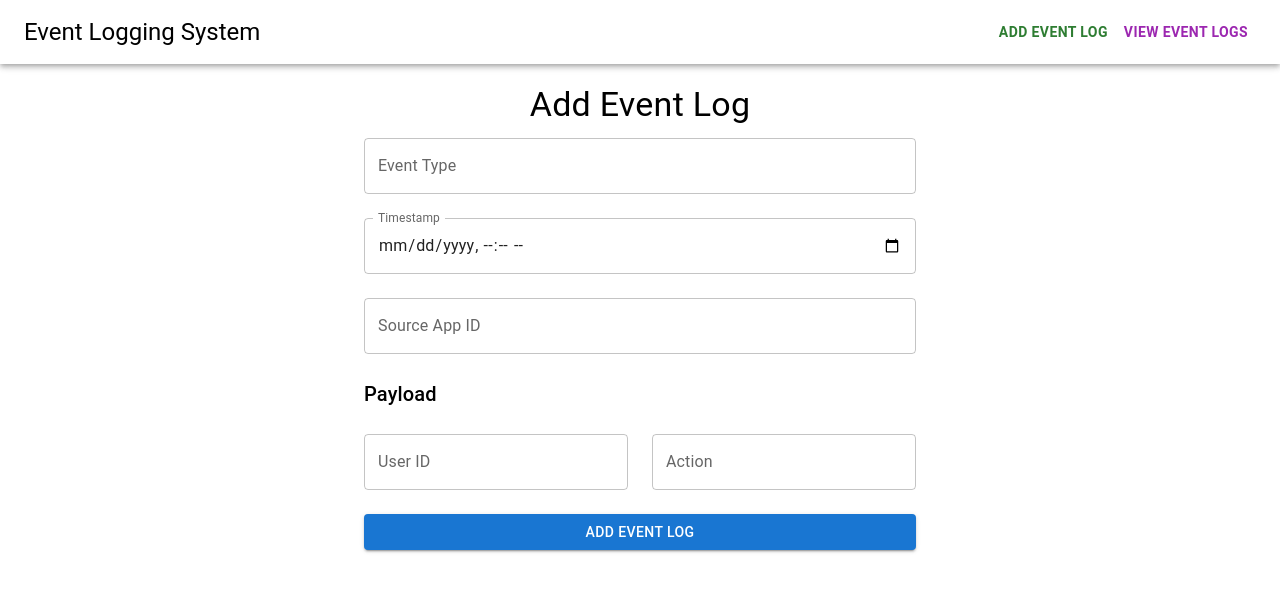
Repository: sayan0fficial/ErrorLogSys
Page: /addlogs (app in frontend/)
An editor plug-in stored every save of this project. The page is shown before and after a run of saves, followed by the edit.
The browser window is 1280 px wide. The pictures show the whole page.
The project was rebuilt for these pictures with package versions that can differ from the ones it lists, and the page was loaded fresh each time. Also part of the build but not shown: frontend/src/components/eventLogList.js.

Above is the page before, as saved 2024-11-24 22:09:20.

### frontend/src/App.js
import React, { useState } from 'react';
import { BrowserRouter as Router, Routes, Route } from 'react-router-dom';
import { AppBar, Toolbar, Button, Container, Typography } from '@mui/material';
import { Link as RouterLink } from 'react-router-dom'; // Use for routing links
import EventLogForm from './components/eventLogForm';
import EventLogList from './components/eventLogList';

const App = () => {
  const [eventLogs, setEventLogs] = useState([]);

  const handleAddEvent = (newEvent) => {
    setEventLogs([newEvent, ...eventLogs]);
  };

  return (
    <Router>
      <div>
        <AppBar position="static" color="transparent">
          <Toolbar>
            <Typography variant="h5" style={{ flexGrow: 1 }}>
              Event Logging System
            </Typography>
            <Button color="success" component={RouterLink} to="/addlogs">
              <b>Add Event Log</b>
            </Button>
            <Button color="secondary" component={RouterLink} to="/viewlogs">
              <b>View Event Logs</b>
            </Button>
          </Toolbar>
        </AppBar>

       {/* main content */}
        <Container style={{ marginTop: '20px' }}>
          <Routes>
            <Route
              path="/addlogs"
              element={<EventLogForm onAdd={(newEvent) => handleAddEvent(newEvent)} />}
            />
            <Route path="/viewlogs" element={<EventLogList eventLogs={eventLogs} />} />
          </Routes>
        </Container>
      </div>
    </Router>
  );
};

export default App;

### frontend/src/components/eventLogForm.js
import React, { useState } from 'react';
import { addEventLog } from '../services/api';
import { TextField, Button, Container, Grid, Typography } from '@mui/material';

const EventLogForm = ({ onAdd }) => {
  const [eventType, setEventType] = useState('');
  const [timestamp, setTimestamp] = useState('');
  const [sourceAppId, setSourceAppId] = useState('');
  const [payload, setPayload] = useState({ userId: '', action: '' });

  const handleSubmit = async (e) => {
    //e.preventDefault();

    const newEventLog = {
      eventType,
      timestamp,
      sourceAppId,
      payload,
    };

    try {
      const addedEvent = await addEventLog(newEventLog);
      onAdd(addedEvent);
      alert('Event log added successfully!');
    } catch (error) {
      alert('Error adding event log');
    }
  };

  return (
    <Container maxWidth="sm">
      <Typography variant="h4" gutterBottom align="center">
        Add Event Log
      </Typography>
      <form onSubmit={handleSubmit}>
        <Grid container spacing={3}>
          <Grid item xs={12}>
            <TextField
              label="Event Type"
              variant="outlined"
              fullWidth
              value={eventType}
              onChange={(e) => setEventType(e.target.value)}
            />
          </Grid>
          <Grid item xs={12}>
            <TextField
              label="Timestamp"
              type="datetime-local"
              variant="outlined"
              fullWidth
              InputLabelProps={{
                shrink: true,
              }}
              value={timestamp}
              onChange={(e) => setTimestamp(e.target.value)}
            />
          </Grid>
          <Grid item xs={12}>
            <TextField
              label="Source App ID"
              variant="outlined"
              fullWidth
              value={sourceAppId}
              onChange={(e) => setSourceAppId(e.target.value)}
            />
          </Grid>
          <Grid item xs={12}>
            <Typography variant="h6">Payload</Typography>
          </Grid>
          <Grid item xs={12} sm={6}>
            <TextField
              label="User ID"
              variant="outlined"
              fullWidth
              value={payload.userId}
              onChange={(e) => setPayload({ ...payload, userId: e.target.value })}
            />
          </Grid>
          <Grid item xs={12} sm={6}>
            <TextField
              label="Action"
              variant="outlined"
              fullWidth
              value={payload.action}
              onChange={(e) => setPayload({ ...payload, action: e.target.value })}
            />
          </Grid>
          <Grid item xs={12}>
            <Button variant="contained" color="primary" fullWidth type="submit">
              Add Event Log
            </Button>
          </Grid>
        </Grid>
      </form>
    </Container>
  );
};

export default EventLogForm;

### frontend/src/services/api.js
import axios from 'axios';

const API_URL = 'http://localhost:80/eventlog';

export const addEventLog = async (eventLogData) => {
  try {
    const response = await axios.post(`${API_URL}/add`, eventLogData);
    return response.data; // Assuming the backend sends the created event log as a response
  } catch (error) {
    console.error('Error adding event log:', error);
    throw error; // This can be caught in the calling component to show an error
  }
};

// API call to fetch event logs
export const getEventLogs = async (filters) => {
  try {
    const response = await axios.get(`${API_URL}/fetch`, { params: filters });
    return response.data;
  } catch (error) {
    console.error('Error fetching event logs:', error);
    throw error;
  }
};

Loaded but not shown: frontend/public/index.html (common file); frontend/src/index.js (common file); frontend/src/index.css (common file); frontend/src/reportWebVitals.js (common file)

After the next 2 saves:
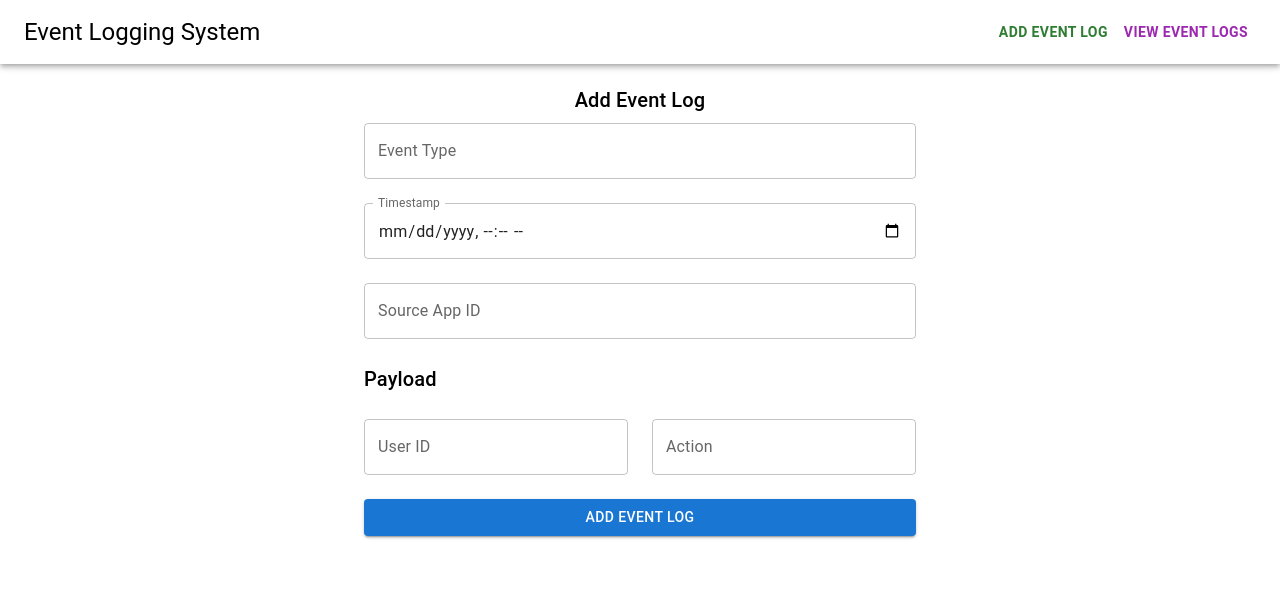
The 2 saves are shown as one change because they came seconds apart.
The last was saved 22 s later.
--- a/frontend/src/components/eventLogForm.js
+++ b/frontend/src/components/eventLogForm.js
@@ -29,7 +29,7 @@ const EventLogForm = ({ onAdd }) => {
 
   return (
     <Container maxWidth="sm">
-      <Typography variant="h4" gutterBottom align="center">
+      <Typography variant="h6" gutterBottom align="center">
         Add Event Log
       </Typography>
       <form onSubmit={handleSubmit}>
